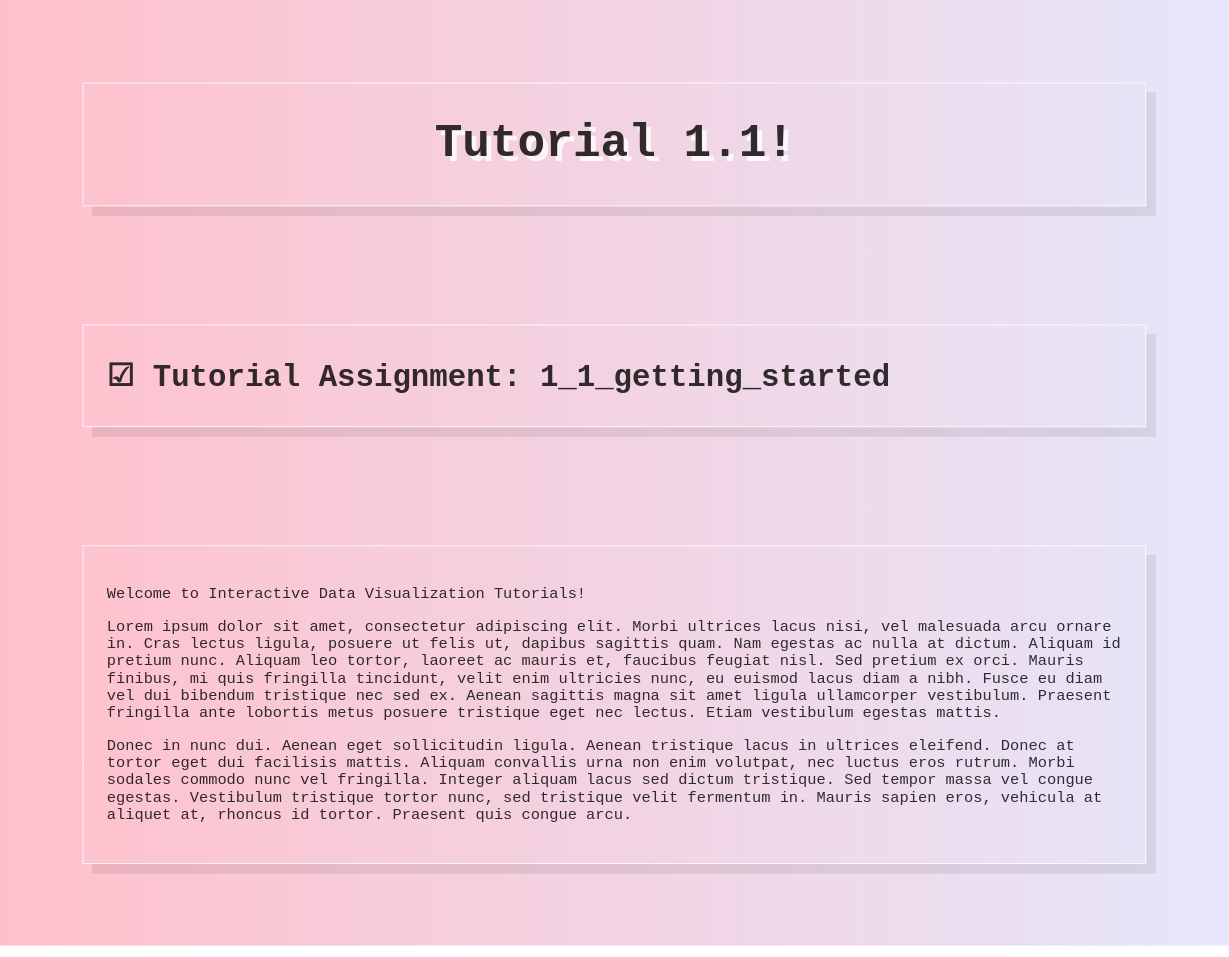
Repository: lisjak/Interactive-Data-Vis-Fall2022
Page: 1_1_getting_started/index.html
The author's editor kept a copy of each file at every save. The page is drawn from the files as they stood at one save, then again after the next save.
The browser window is 1280 px wide. The pictures show the whole page, at 96% of full size.
Some web fonts or font styles are not loaded; a fallback is used.

Above is the page before, as saved 2022-09-04 22:04:45.

After the next save:
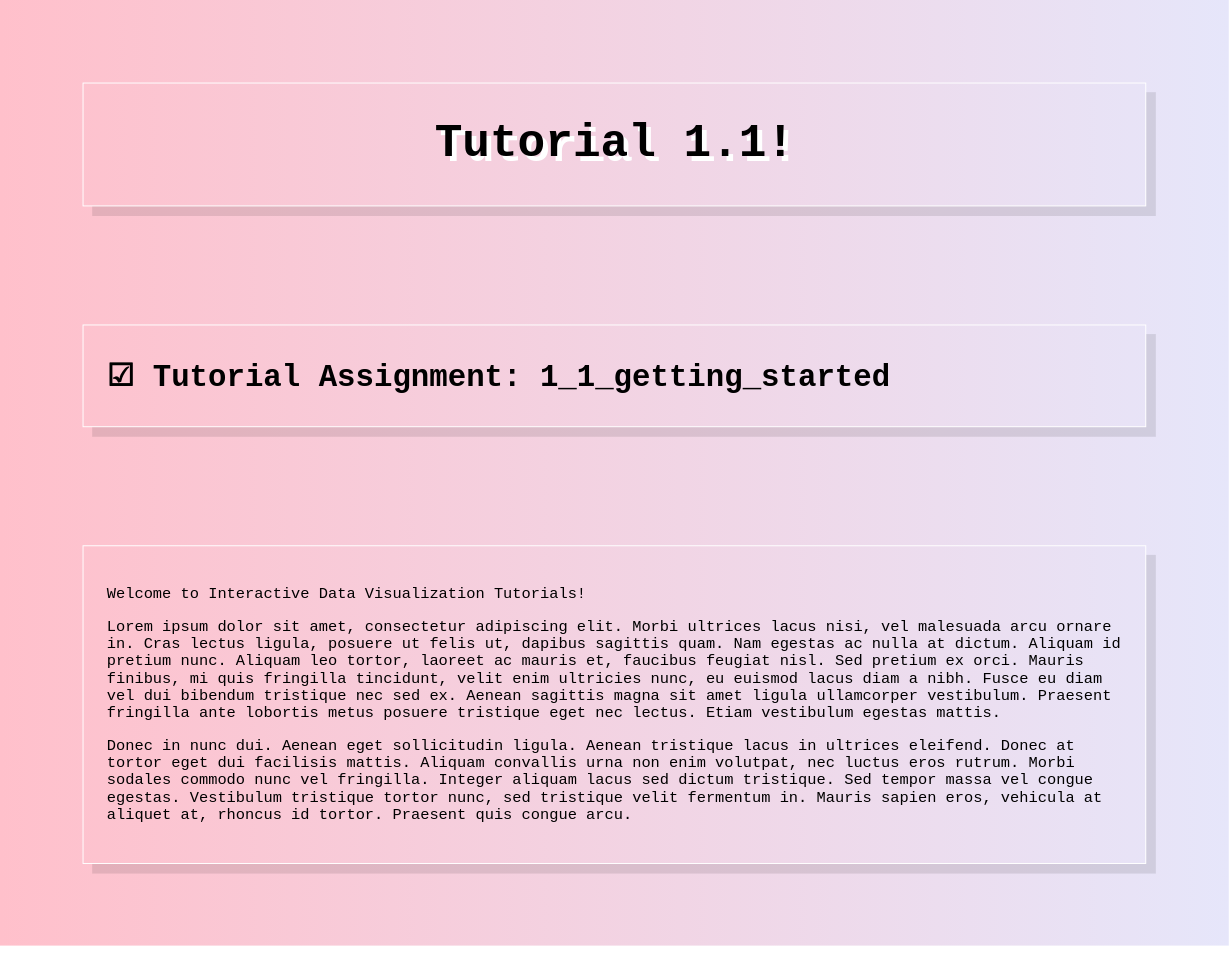
Saved 31 s later.
--- a/1_1_getting_started/style.css
+++ b/1_1_getting_started/style.css
@@ -15,13 +15,13 @@ div {
     margin: 5%;
     box-shadow: 10px 10px 0px rgb(0 0 0 / 0.1);
     transition: 0.5s;
-    opacity: 0.8;
+    /* opacity: 0.8; */
 }
 
 div:hover {
     background-color: lavender;
     padding: 3%;
-    opacity: 1;
+    /* opacity: 1; */
     transition: 0.5s;
 }
 
